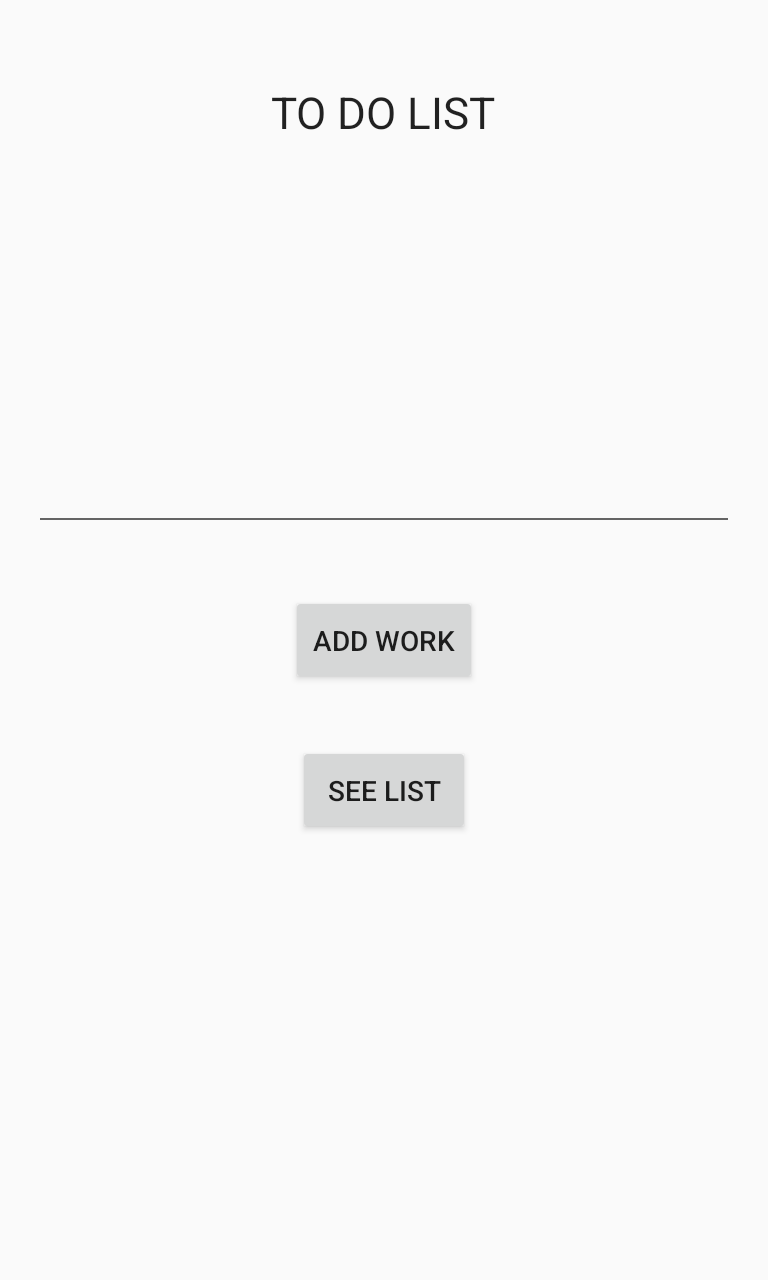
Repository: KibaD/HILLIQUINDOUMBIA
Layout: workspace/Todo_List/res/layout/activity_main.xml
The author's editor kept a copy of each file at every save. The layout is drawn from the files as they stood at one save, then again after the next save.
It is drawn on a 768 x 1280 px phone screen (xhdpi) without system bars, with theme AppTheme; the app's code is not run.

Above is the layout before, as saved 2015-01-05 02:30:22.

### workspace/Todo_List/res/layout/activity_main.xml
<RelativeLayout xmlns:android="http://schemas.android.com/apk/res/android"
    xmlns:tools="http://schemas.android.com/tools"
    android:layout_width="match_parent"
    android:layout_height="match_parent"
    android:paddingBottom="@dimen/activity_vertical_margin"
    android:paddingLeft="@dimen/activity_horizontal_margin"
    android:paddingRight="@dimen/activity_horizontal_margin"
    android:paddingTop="@dimen/activity_vertical_margin"
    tools:context=".MainActivity" >

    <TextView
        android:id="@+id/textView1"
        android:layout_width="wrap_content"
        android:layout_height="wrap_content"
        android:layout_alignParentTop="true"
        android:layout_centerHorizontal="true"
        android:layout_marginTop="25dp"
        android:text="TO DO LIST"
        android:textAppearance="?android:attr/textAppearanceLarge" />

    <Button
        android:id="@+id/button1"
        android:layout_width="wrap_content"
        android:layout_height="wrap_content"
        android:layout_centerHorizontal="true"
        android:layout_centerVertical="true"
        android:text="ADD WORK" />

    <EditText
        android:id="@+id/editText1"
        android:layout_width="fill_parent"
        android:layout_height="wrap_content"
        android:layout_above="@+id/button1"
        android:layout_centerHorizontal="true"
        android:layout_marginBottom="28dp"
        android:ems="10" />

    <Button
        android:id="@+id/button2"
        android:layout_width="wrap_content"
        android:layout_height="wrap_content"
        android:layout_below="@+id/button1"
        android:layout_centerHorizontal="true"
        android:layout_marginTop="27dp"
        android:text="See List" />

</RelativeLayout>

Loaded but not shown: workspace/Todo_List/res/values/styles.xml (common file); workspace/Todo_List/res/values-v11/styles.xml (common file); workspace/Todo_List/res/values-v14/styles.xml (common file); workspace/Todo_List/res/values/dimens.xml (common file); workspace/Todo_List/res/values-w820dp/dimens.xml (common file)

After the next save:
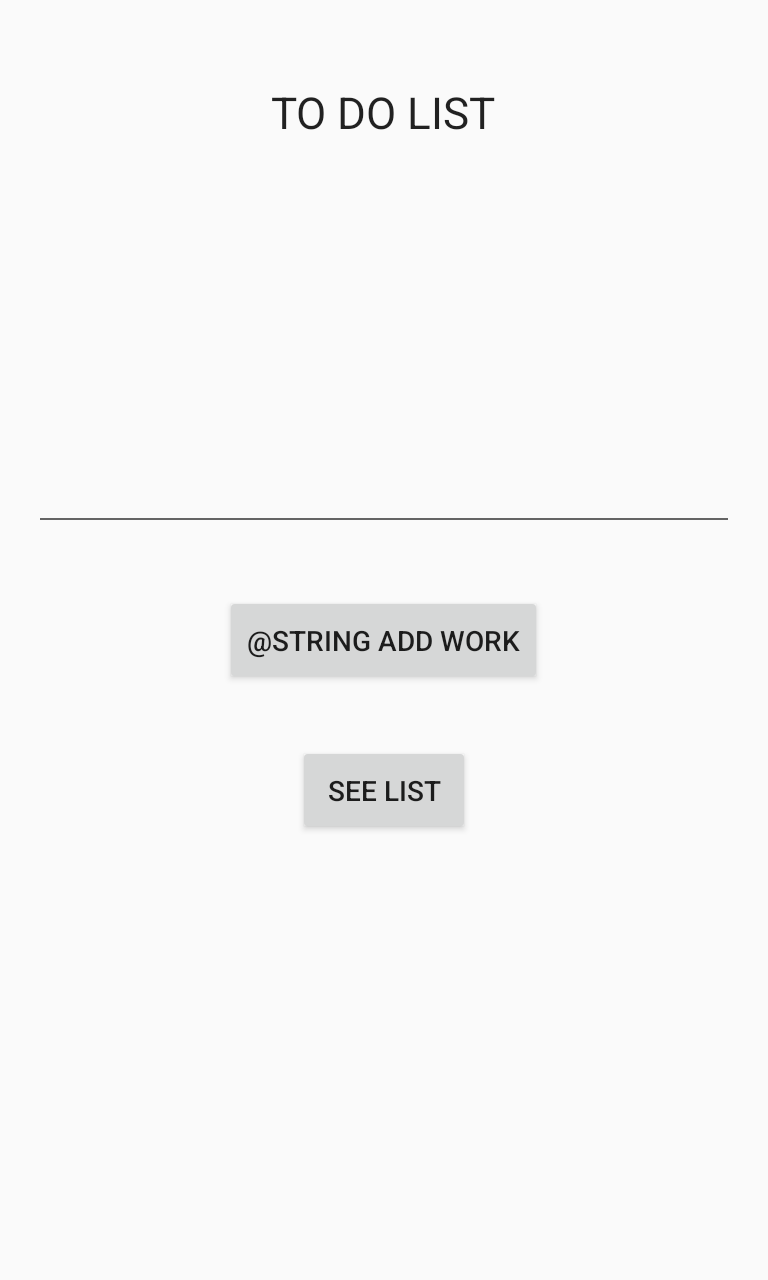
Saved 107 s later.
--- a/workspace/Todo_List/res/layout/activity_main.xml
+++ b/workspace/Todo_List/res/layout/activity_main.xml
@@ -24,7 +24,7 @@
         android:layout_height="wrap_content"
         android:layout_centerHorizontal="true"
         android:layout_centerVertical="true"
-        android:text="ADD WORK" />
+        android:text="@string ADD WORK" />
 
     <EditText
         android:id="@+id/editText1"
